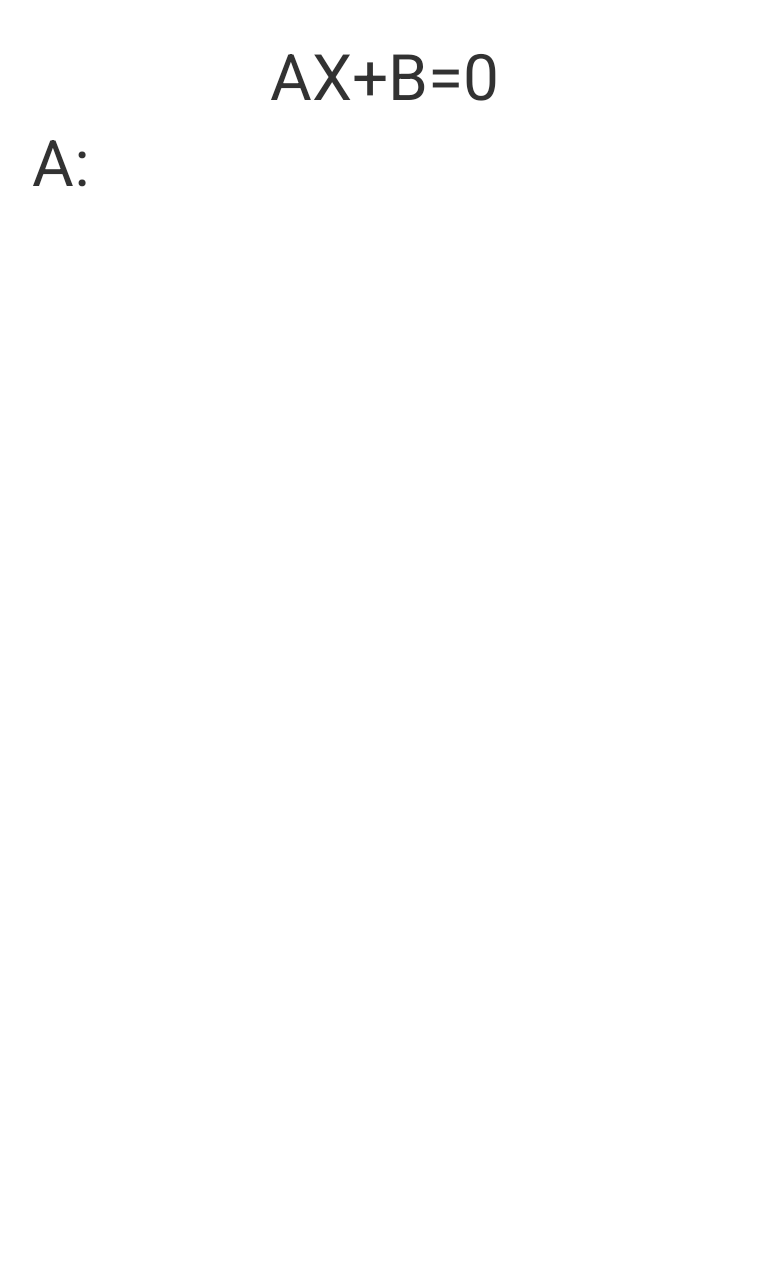
Repository: erickluz/Android
Layout: EquacaoPrimeiroGrau/res/layout/activity_main.xml
The author's editor kept a copy of each file at every save. The layout is drawn from the files as they stood at one save, then again after the next save.
It is drawn on a 768 x 1280 px phone screen (xhdpi) without system bars, with theme AppTheme; the app's code is not run.

Above is the layout before, as saved 2016-03-14 23:30:04.

### EquacaoPrimeiroGrau/res/layout/activity_main.xml
<LinearLayout xmlns:android="http://schemas.android.com/apk/res/android"
    xmlns:tools="http://schemas.android.com/tools"
    android:layout_width="match_parent"
    android:layout_height="match_parent"
    android:paddingBottom="@dimen/activity_vertical_margin"
    android:paddingLeft="@dimen/activity_horizontal_margin"
    android:paddingRight="@dimen/activity_horizontal_margin"
    android:paddingTop="@dimen/activity_vertical_margin"
    android:orientation="vertical"
    tools:context="com.example.equacaoprimeirograu.MainActivity" >

    <TextView
        android:layout_width="fill_parent"
        android:gravity="center"
        android:layout_height="wrap_content"
        android:textSize="32sp"
        android:text="@string/equacao" />

    <TextView
        android:layout_width="fill_parent"
        android:layout_height="wrap_content"
        android:textSize="32sp"
        android:text="@string/A" />

</LinearLayout>

### EquacaoPrimeiroGrau/res/values/strings.xml
<?xml version="1.0" encoding="utf-8"?>
<resources>

    <string name="app_name">EquacaoPrimeiroGrau</string>
    <string name="hello_world">Hello world!</string>
    <string name="action_settings">Settings</string>
    <string name="equacao">AX+B=0</string>
    <string name="A">A:</string>

</resources>

Loaded but not shown: EquacaoPrimeiroGrau/res/values/styles.xml (common file); EquacaoPrimeiroGrau/res/values-v11/styles.xml (common file); EquacaoPrimeiroGrau/res/values-v14/styles.xml (common file); EquacaoPrimeiroGrau/res/values/dimens.xml (common file); EquacaoPrimeiroGrau/res/values-w820dp/dimens.xml (common file)

After the next save:
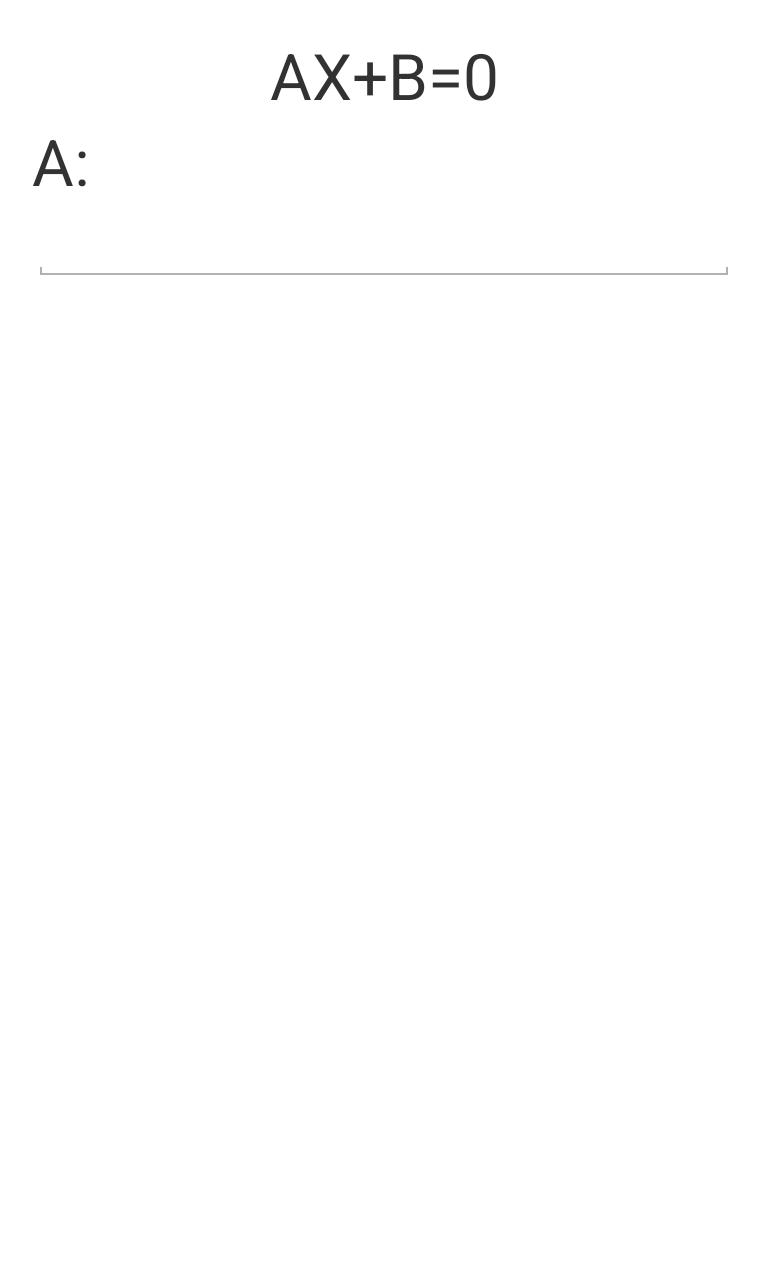
Saved 41 s later.
--- a/EquacaoPrimeiroGrau/res/layout/activity_main.xml
+++ b/EquacaoPrimeiroGrau/res/layout/activity_main.xml
@@ -21,5 +21,11 @@
         android:layout_height="wrap_content"
         android:textSize="32sp"
         android:text="@string/A" />
+    <EditText
+        android:layout_width="fill_parent"
+        android:layout_height="wrap_content"
+
+
+        />
 
 </LinearLayout>
